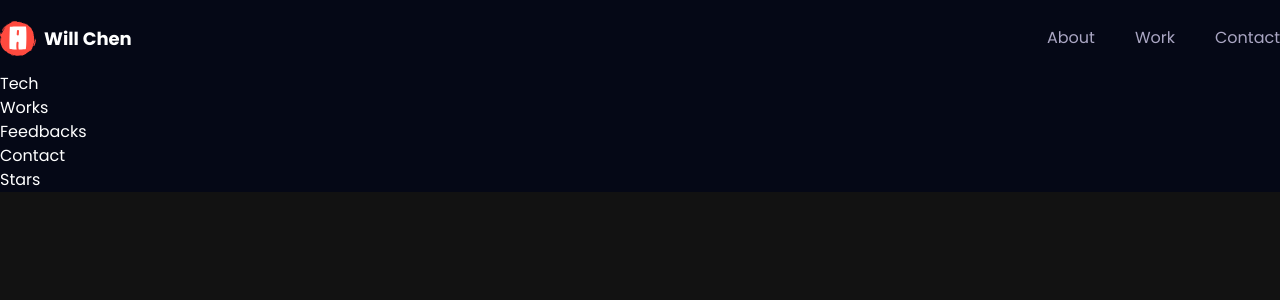
Repository: smallchungus/updatedPersonalWebsite
Page: /
These files come from the project's save history. The page is drawn as it stood at one moment and after a run of saves; the edit follows.
The browser window is 1280 px wide. The pictures show the whole page.
The project was rebuilt for these pictures with package versions that can differ from the ones it lists, and the page was loaded fresh each time. Also part of the build but not shown: vite.config.js, src/components/canvas/Earth.jsx, src/components/canvas/Ball.jsx, src/components/canvas/Computers.jsx.

Above is the page before, as saved 2023-11-26 10:36:33.

### index.html
<!doctype html>
<html lang="en">
  <head>
    <meta charset="UTF-8" />
    <link rel="icon" type="image/svg+xml" href="/logo.svg" />
    <meta name="viewport" content="width=device-width, initial-scale=1.0" />
    <title>Will | Portfolio</title>
  </head>
  <body>
    <div id="root"></div>
    <script type="module" src="/src/main.jsx"></script>
  </body>
</html>

### src/App.jsx
import { BrowserRouter } from "react-router-dom"
import {About, Contact, Experience, Feedbacks, Hero, Navbar,Tech, Works, StarsCanvas  } from './components'


const App = () => {

  return (
    <BrowserRouter>
    <div className ="relative z-0 bg-primary">
      <div className = "bg-hero-pattern bg-cover bg-center bg-no-repeat">
        <Navbar />
        <Hero />
      </div>
      <About />
      <Experience />
      <Tech />
      <Works />
      <Feedbacks />
      <div className ="relative z-0">
        <Contact />
        <StarsCanvas />
        </div>
    </div>

    </BrowserRouter>
  )
}

export default App

### src/components/Navbar.jsx
import React, {useEffect, useState } from 'react';
import { Link } from 'react-router-dom';

import { styles } from '../styles';
import { navLinks } from '../constants';
import {logo, menu, close } from '../assets';

const Navbar = () => {
  const [active, setActive] =useState('')
  return (
    <nav
      className={`${styles.paddindX} w-full flex items-center py-5 fixed top-0 z-20 bg-primary`}
    >
      <div className='w-full flex justify-between items-center max-w-7xl mx-auto'>
        <Link
          to='/'
          className="flex items-center gap-2"
            onClick={() =>{
            setActive("");
            window.scrollTo(0,0);
            }}
            >
              <img src={logo} alt="logo" className="w-9 h-9 object-contain" />
              <p className ="text-white text-[18px] font-bold cursor-pointer">Will Chen</p>
          </Link>
          <ul className="list-none hidden sm:flex flex-row gap-10">
            {navLinks.map((Link) => (
              <li
                key={Link.id}
                className={`${active === Link.title
                  ? "text-white"
                  : "text-secondary"
                }`}
              >
                <a href={`#${Link.id}`}>{Link.title}</a>
              </li>
            ))}
          </ul>
      </div>
    </nav>
  )
}

export default Navbar

### src/constants/index.js
import {
    mobile,
    backend,
    creator,
    web,
    javascript,
    typescript,
    html,
    css,
    reactjs,
    redux,
    tailwind,
    nodejs,
    mongodb,
    git,
    figma,
    docker,
    meta,
    starbucks,
    tesla,
    shopify,
    carrent,
    jobit,
    tripguide,
    threejs,
  } from "../assets";

  export const navLinks = [
    {
      id: "about",
      title: "About",
    },
    {
      id: "work",
      title: "Work",
    },
    {
      id: "contact",
      title: "Contact",
    },
  ];

  const services = [
    {
      title: "Web Developer",
      icon: web,
    },
    {
      title: "React Native Developer",
      icon: mobile,
    },
    {
      title: "Backend Developer",
      icon: backend,
    },
    {
      title: "Content Creator",
      icon: creator,
    },
  ];

  const technologies = [
    {
      name: "HTML 5",
      icon: html,
    },
    {
      name: "CSS 3",
      icon: css,
    },
    {
      name: "JavaScript",
      icon: javascript,
    },
    {
      name: "TypeScript",
      icon: typescript,
    },
    {
      name: "React JS",
      icon: reactjs,
    },
    {
      name: "Redux Toolkit",
      icon: redux,
    },
    {
      name: "Tailwind CSS",
      icon: tailwind,
    },
    {
      name: "Node JS",
      icon: nodejs,
    },
    {
      name: "MongoDB",
      icon: mongodb,
    },
    {
      name: "Three JS",
      icon: threejs,
    },
    {
      name: "git",
      icon: git,
    },
    {
      name: "figma",
      icon: figma,
    },
    {
      name: "docker",
      icon: docker,
    },
  ];

  const experiences = [
    {
      title: "React.js Developer",
      company_name: "Starbucks",
      icon: starbucks,
      iconBg: "#383E56",
      date: "March 2020 - April 2021",
      points: [
        "Developing and maintaining web applications using React.js and other related technologies.",
        "Collaborating with cross-functional teams including designers, product managers, and other developers to create high-quality products.",
        "Implementing responsive design and ensuring cross-browser compatibility.",
        "Participating in code reviews and providing constructive feedback to other developers.",
      ],
    },
    {
      title: "React Native Developer",
      company_name: "Tesla",
      icon: tesla,
      iconBg: "#E6DEDD",
      date: "Jan 2021 - Feb 2022",
      points: [
        "Developing and maintaining web applications using React.js and other related technologies.",
        "Collaborating with cross-functional teams including designers, product managers, and other developers to create high-quality products.",
        "Implementing responsive design and ensuring cross-browser compatibility.",
        "Participating in code reviews and providing constructive feedback to other developers.",
      ],
    },
    {
      title: "Web Developer",
      company_name: "Shopify",
      icon: shopify,
      iconBg: "#383E56",
      date: "Jan 2022 - Jan 2023",
      points: [
        "Developing and maintaining web applications using React.js and other related technologies.",
        "Collaborating with cross-functional teams including designers, product managers, and other developers to create high-quality products.",
        "Implementing responsive design and ensuring cross-browser compatibility.",
        "Participating in code reviews and providing constructive feedback to other developers.",
      ],
    },
    {
      title: "Full stack Developer",
      company_name: "Meta",
      icon: meta,
      iconBg: "#E6DEDD",
      date: "Jan 2023 - Present",
      points: [
        "Developing and maintaining web applications using React.js and other related technologies.",
        "Collaborating with cross-functional teams including designers, product managers, and other developers to create high-quality products.",
        "Implementing responsive design and ensuring cross-browser compatibility.",
        "Participating in code reviews and providing constructive feedback to other developers.",
      ],
    },
  ];

  const testimonials = [
    {
      testimonial:
        "I thought it was impossible to make a website as beautiful as our product, but Rick proved me wrong.",
      name: "Sara Lee",
      designation: "CFO",
      company: "Acme Co",
      image: "https://randomuser.me/api/portraits/women/4.jpg",
    },
    {
      testimonial:
        "I've never met a web developer who truly cares about their clients' success like Rick does.",
      name: "Chris Brown",
      designation: "COO",
      company: "DEF Corp",
      image: "https://randomuser.me/api/portraits/men/5.jpg",
    },
    {
      testimonial:
        "After Rick optimized our website, our traffic increased by 50%. We can't thank them enough!",
      name: "Lisa Wang",
      designation: "CTO",
      company: "456 Enterprises",
      image: "https://randomuser.me/api/portraits/women/6.jpg",
    },
  ];

  const projects = [
    {
      name: "Car Rent",
      description:
        "Web-based platform that allows users to search, book, and manage car rentals from various providers, providing a convenient and efficient solution for transportation needs.",
      tags: [
        {
          name: "react",
          color: "blue-text-gradient",
        },
        {
          name: "mongodb",
          color: "green-text-gradient",
        },
        {
          name: "tailwind",
          color: "pink-text-gradient",
        },
      ],
      image: carrent,
      source_code_link: "https://github.com/",
    },
    {
      name: "Job IT",
      description:
        "Web application that enables users to search for job openings, view estimated salary ranges for positions, and locate available jobs based on their current location.",
      tags: [
        {
          name: "react",
          color: "blue-text-gradient",
        },
        {
          name: "restapi",
          color: "green-text-gradient",
        },
        {
          name: "scss",
          color: "pink-text-gradient",
        },
      ],
      image: jobit,
      source_code_link: "https://github.com/",
    },
    {
      name: "Trip Guide",
      description:
        "A comprehensive travel booking platform that allows users to book flights, hotels, and rental cars, and offers curated recommendations for popular destinations.",
      tags: [
        {
          name: "nextjs",
          color: "blue-text-gradient",
        },
        {
          name: "supabase",
          color: "green-text-gradient",
        },
        {
          name: "css",
          color: "pink-text-gradient",
        },
      ],
      image: tripguide,
      source_code_link: "https://github.com/",
    },
  ];

  export { services, technologies, experiences, testimonials, projects };

### src/assets/index.js
import logo from "./logo.svg";
import backend from "./backend.png";
import creator from "./creator.png";
import mobile from "./mobile.png";
import web from "./web.png";
import github from "./github.png";
import menu from "./menu.svg";
import close from "./close.svg";

import css from "./tech/css.png";
import docker from "./tech/docker.png";
import figma from "./tech/figma.png";
import git from "./tech/git.png";
import html from "./tech/html.png";
import javascript from "./tech/javascript.png";
import mongodb from "./tech/mongodb.png";
import nodejs from "./tech/nodejs.png";
import reactjs from "./tech/reactjs.png";
import redux from "./tech/redux.png";
import tailwind from "./tech/tailwind.png";
import typescript from "./tech/typescript.png";
import threejs from "./tech/threejs.svg";

import meta from "./company/meta.png";
import shopify from "./company/shopify.png";
import starbucks from "./company/starbucks.png";
import tesla from "./company/tesla.png";

import carrent from "./carrent.png";
import jobit from "./jobit.png";
import tripguide from "./tripguide.png";

export {
  logo,
  backend,
  creator,
  mobile,
  web,
  github,
  menu,
  close,
  css,
  docker,
  figma,
  git,
  html,
  javascript,
  mongodb,
  nodejs,
  reactjs,
  redux,
  tailwind,
  typescript,
  threejs,
  meta,
  shopify,
  starbucks,
  tesla,
  carrent,
  jobit,
  tripguide,
};

Loaded but not shown: src/main.jsx (common file); src/index.css (common file); src/components/index.js (common file); src/components/canvas/index.js (common file); src/components/Hero.jsx (common file); src/components/About.jsx (common file); src/components/Tech.jsx (common file); src/components/Experience.jsx (common file); src/components/Works.jsx (common file); src/components/Feedbacks.jsx (common file); src/components/Contact.jsx (common file); src/components/canvas/Stars.jsx (common file); src/styles.js (common file); tailwind.config.js (common file)

After the next 2 saves:
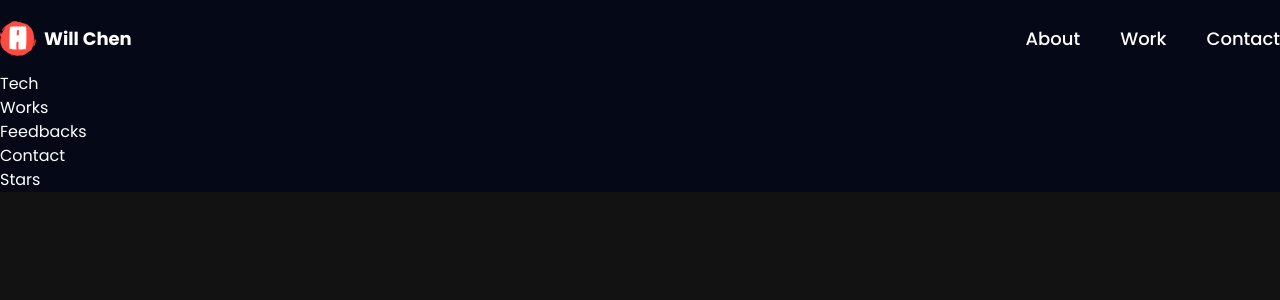
The 2 saves are shown as one change because they came seconds apart.
The last was saved 13 min 50 s later.
--- a/src/components/Navbar.jsx
+++ b/src/components/Navbar.jsx
@@ -30,7 +30,7 @@ const Navbar = () => {
                 className={`${active === Link.title
                   ? "text-white"
                   : "text-secondary"
-                }`}
+                }hover:text-white text-[18px] font-medium`}
               >
                 <a href={`#${Link.id}`}>{Link.title}</a>
               </li>
